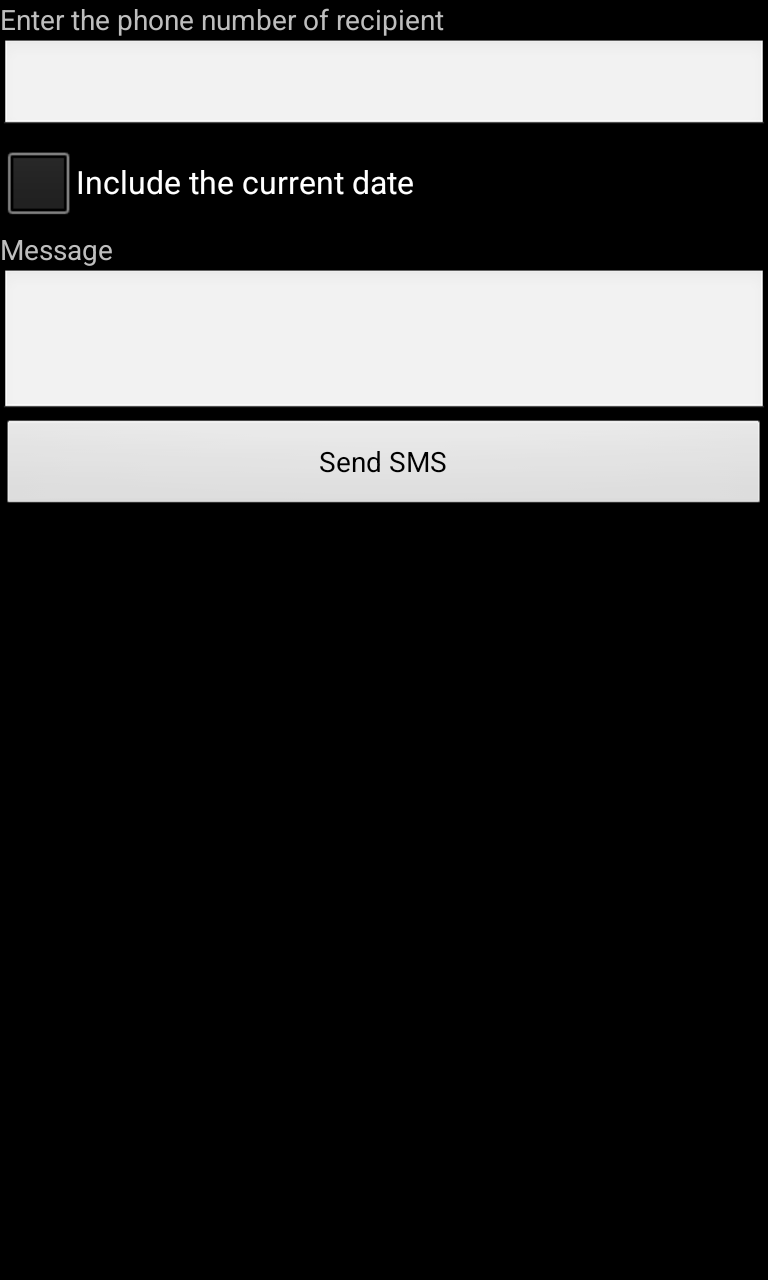
Repository: RaabsIn513/eclipse_workspace
Layout: SAS_revA/res/layout/main_test_sms.xml
The author's editor kept a copy of each file at every save. The layout is drawn from the files as they stood at one save, then again after a run of saves.
It is drawn on a 768 x 1280 px phone screen (xhdpi) without system bars, with theme android:Theme; the app's code is not run.

Above is the layout before, as saved 2012-02-16 20:24:56.

After the next 2 saves:
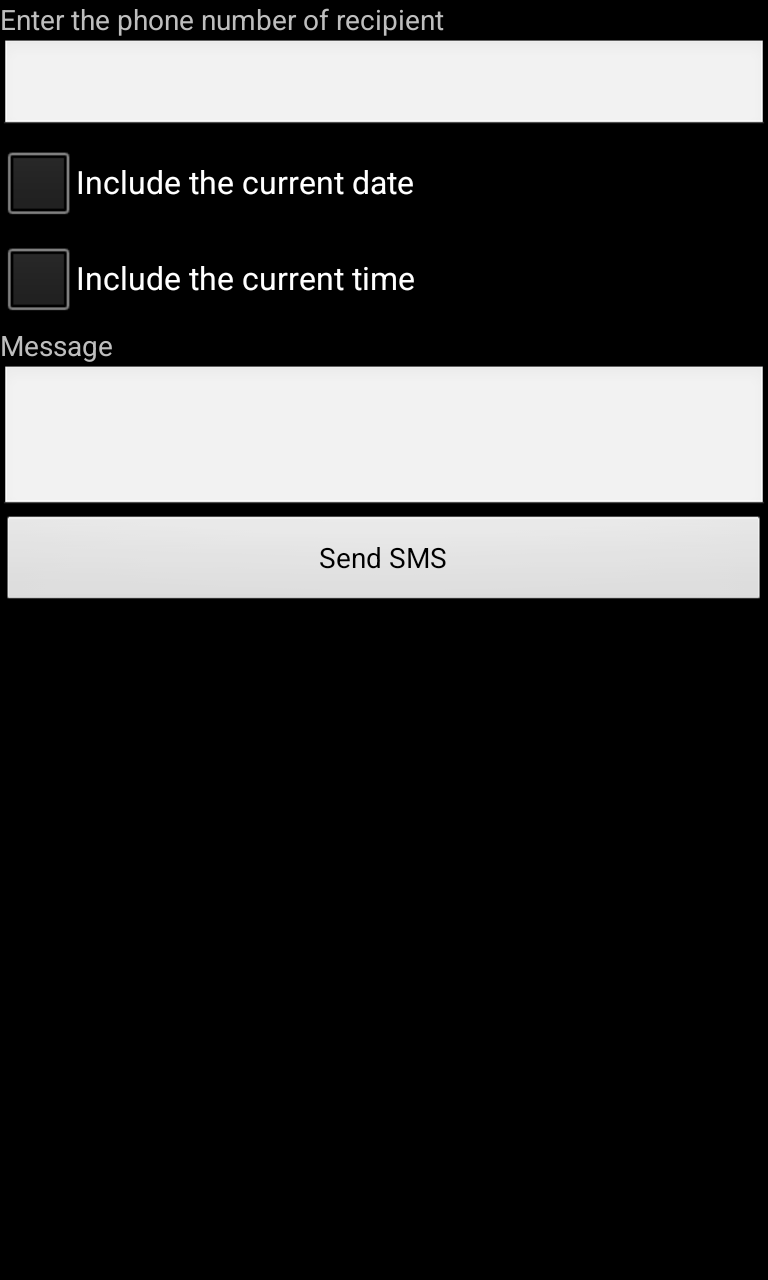
The 2 saves are shown as one change because they came seconds apart.
The last was saved 28 s later.
--- a/SAS_revA/res/layout/main_test_sms.xml
+++ b/SAS_revA/res/layout/main_test_sms.xml
@@ -21,6 +21,11 @@
         android:layout_height="wrap_content"
         android:text="@string/include_date_cb" />
 
+	<CheckBox android:id="@+id/include_time"
+        android:layout_width="wrap_content"
+        android:layout_height="wrap_content"
+        android:text="@string/include_time_cb" />
+
     <TextView
         android:layout_width="fill_parent"
         android:layout_height="wrap_content"
